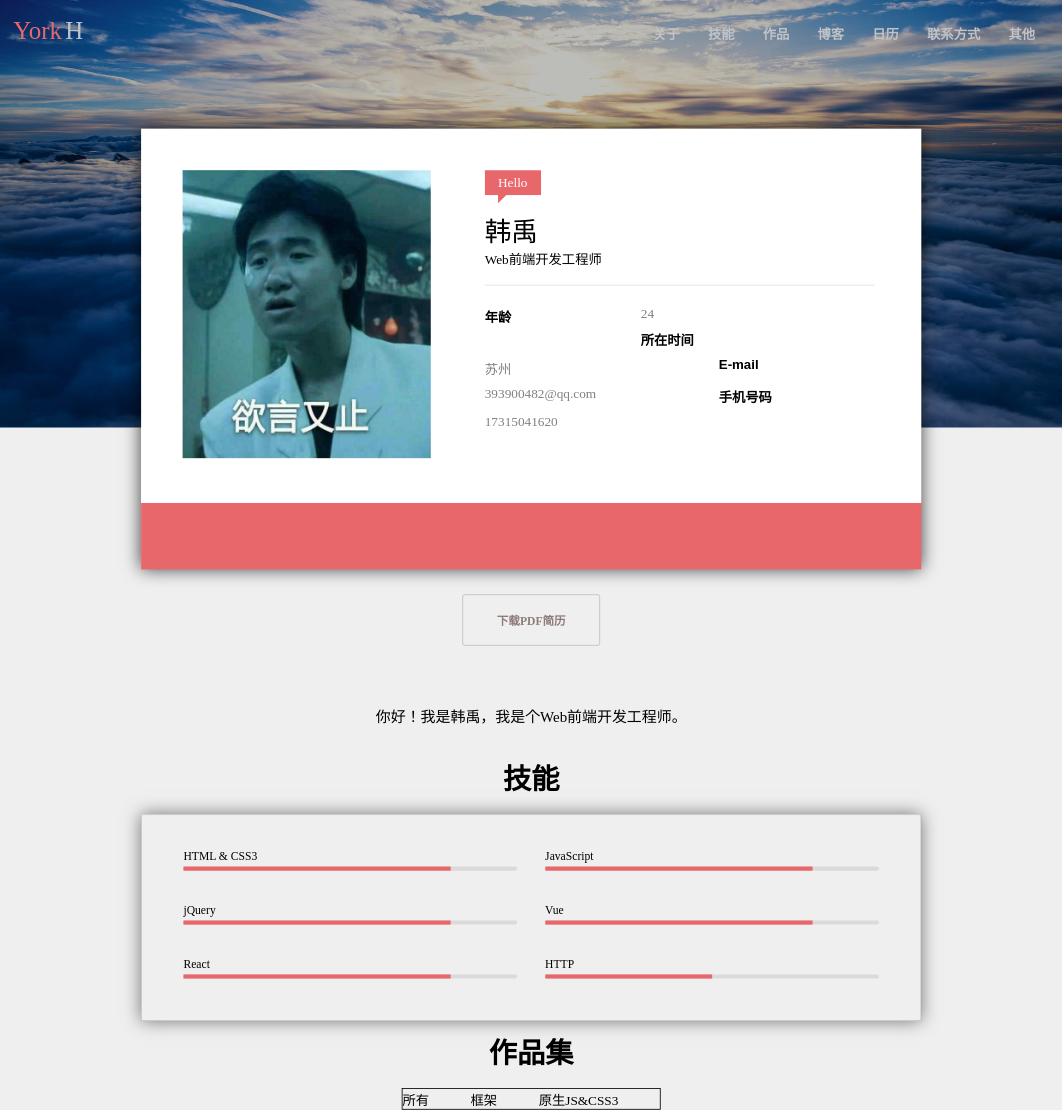
Repository: yorkHan/resume
Page: index.html
The author's editor kept a copy of each file at every save. The page is drawn from the files as they stood at one save, then again after a run of saves.
The browser window is 1280 px wide. The pictures show the whole page, at 83% of full size.

Above is the page before, as saved 2018-04-10 13:23:20.

After the next 9 saves:
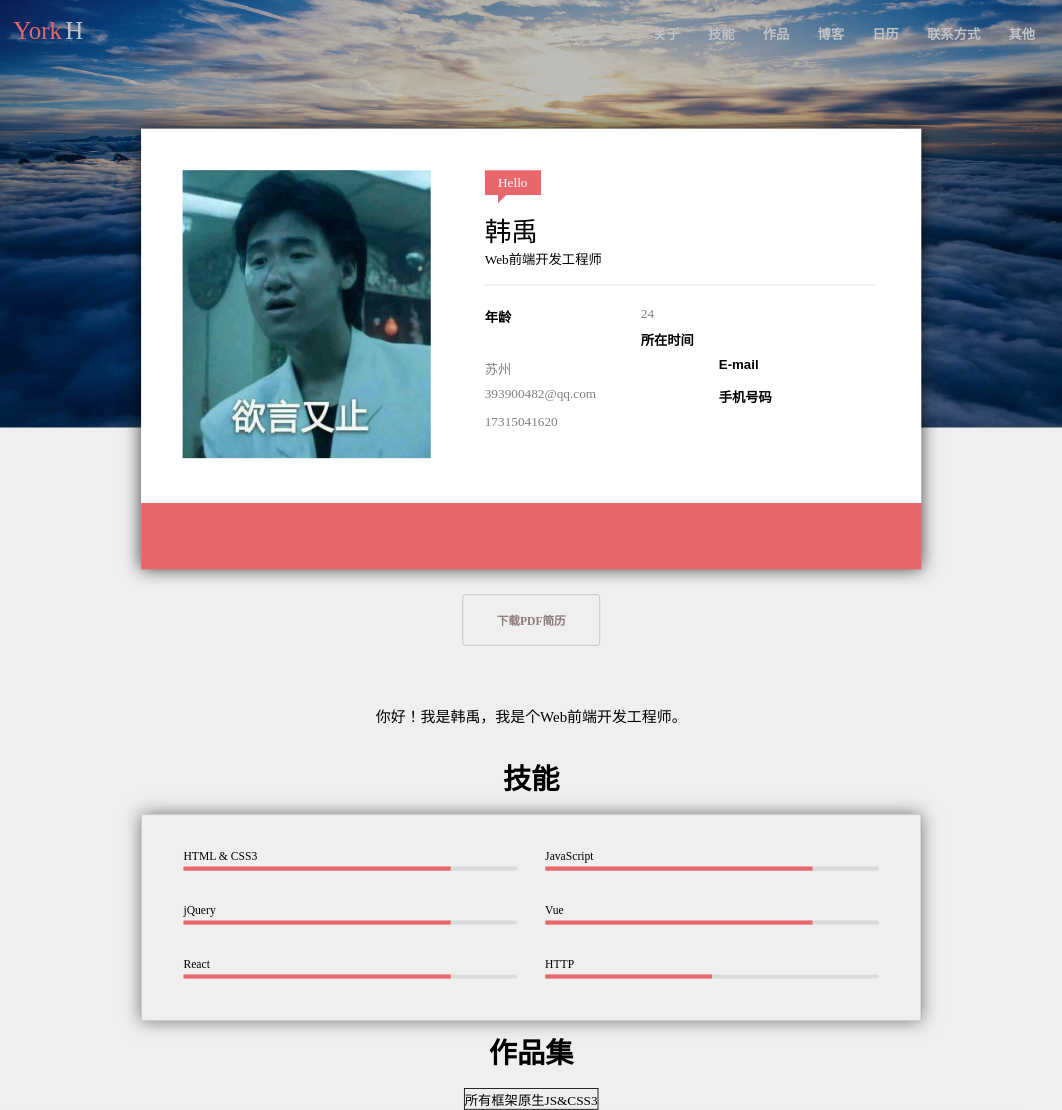
The 9 saves are shown as one change because they came seconds apart.
The last was saved 76 s later.
--- a/1.css
+++ b/1.css
@@ -228,6 +228,9 @@ section.portfolio ol>li{
     float: left;
     margin-right: 50px;
 }
+section.portfolio ol>li{
+    margin-right: 0px;
+}
 section.portfolio>nav{
     text-align: center;
 }
